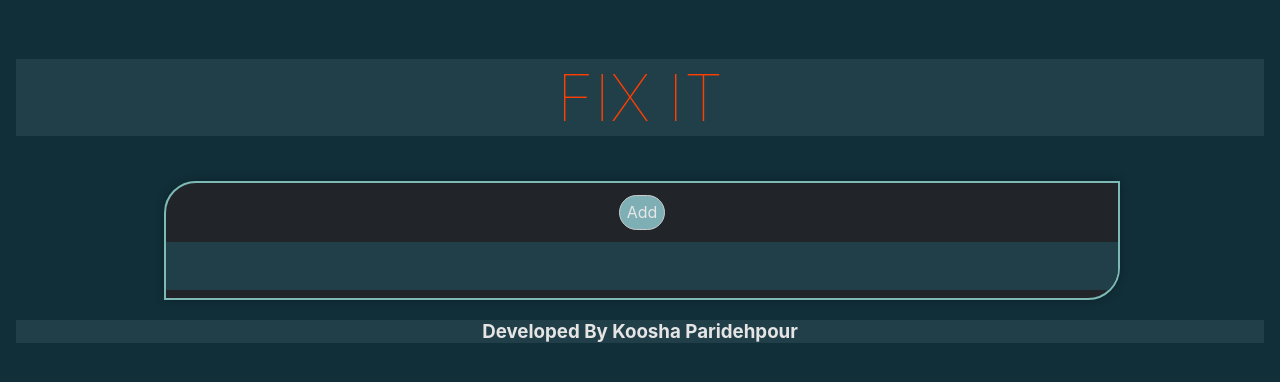
Repository: KooshaPari/fixit-go
Page: / (app in frontend/)
These files come from the project's save history. The page is drawn as it stood at one moment and after a run of saves; the edit follows.
The browser window is 1280 px wide. The pictures show the whole page.
The page's requests for data from a server got no answer. The project was rebuilt for these pictures with package versions that can differ from the ones it lists, and the page was loaded fresh each time. No one was signed in, and anything a server would have sent is missing.

Above is the page before, as saved 2024-09-24 23:32:01.

### frontend/public/index.html
<!DOCTYPE html>
<html lang="en">
	<head>
		<meta charset="utf-8" />
		<meta name="viewport" content="width=device-width,initial-scale=1" />

		<title>Svelte app</title>

		<link rel="icon" type="image/png" href="/favicon.png" />
		<link rel="stylesheet" href="/global.css" />
		<link rel="stylesheet" href="/build/bundle.css" />

		<script defer src="/build/bundle.js"></script>
	</head>

	<body></body>
</html>

### frontend/src/main.js
import App from "./App.svelte";

const app = new App({
	target: document.body,
	props: {
		name: "fixIt",
	},
});

### frontend/src/App.svelte
<script>
	import { onMount, afterUpdate } from "svelte";
	import Modal from "./Modal.svelte";
	import { prevent_default } from "svelte/internal";
	import { fly, fade } from "svelte/transition";
	let todos = [];
	let tempid = -1;
	onMount(async () => {
		try {
			const response = await fetch("http://localhost:8081/api/todos");
			if (!response.ok) {
				throw new Error(`HTTP error! status: ${response.status}`);
			}
			console.log("GRABBING TODOS");
			todos = await response.json();
		} catch (error) {
			console.error("Error fetching todos:", error);
		}
	});
	let showCreateModal = false;
	let showEditModal = false;
	async function loadEditPopup(id) {
		showEditModal = true;
		const response = await fetch(`http://localhost:8081/api/todos/${id}`, {
			method: "GET",
			headers: { "Content-Type": "application/json" },
		});
		const todo = await response.json();
		// Update the title, description, and dueDate variables
		title = todo.title;
		description = todo.description;
		dueDate = todo.dueDate;
		tempid = todo.id;
	}
	async function editTodo(title, description, dueDate) {
		const id = tempid;
		const newTodo = { id, title, description, dueDate };
		tempid = -1;
		try {
			const response = await fetch(`http://localhost:8081/api/todos/${id}`, {
				method: "PUT",
				headers: { "Content-Type": "application/json" },
				body: JSON.stringify(newTodo),
			});
			const updatedTodo = await response.json();
			todos = todos.map((todo) => (todo.id === id ? updatedTodo : todo));
		} catch (error) {
			console.error("Error editing todo:", error);
		}
	}

	async function createTodo(title, description, dueDate) {
		/**Generate ToDo Object, add to local array, then create fetch object to server to add to remote array*/

		const newTodo = { title, description, dueDate };
		try {
			const response = await fetch("http://localhost:8081/api/todos", {
				method: "POST",
				headers: { "Content-Type": "application/json" },
				body: JSON.stringify(newTodo),
			});
			const createdTodo = await response.json();
			todos = [...todos, createdTodo];
		} catch (error) {
			console.error("Error creating todo:", error);
		}
		showCreateModal = false;
	}
	async function deleteTodo(id) {
		console.log("DELETING: " + id);
		if (id !== undefined) {
			todos = todos.filter((todo) => todo.id !== id);
			const response = await fetch(`http://localhost:8081/api/todos/${id}`, {
				method: "DELETE",
				headers: { "Content-Type": "application/json" },
			});
		} else {
			console.error("Cannot delete todo item: id is undefined");
		}
	}
	let title;
	let description;
	let dueDate;
</script>

<main>
	<!---->

	<div id="header">
		<div id="logoCont">
			<h1>Fix It</h1>
		</div>
	</div>
	<div id="body">
		<div
			id="fixItApp"
			style="overflow-y:auto; overflow-x: hidden; padding: 0.5em;"
		>
			<Modal bind:showModal={showEditModal}>
				<h2>Edit Todo Item</h2>
				<form>
					<input
						type="text"
						id="todo-title"
						bind:value={title}
						placeholder="Todo title"
					/>
					<input
						type="text"
						id="todo-description"
						bind:value={description}
						placeholder="Todo description"
					/>
					<input
						type="text"
						id="todo-dueDate"
						bind:value={dueDate}
						placeholder="Todo dueDate"
					/>
					<button
						on:click={(event) => {
							editTodo(title, description, dueDate);
						}}>Edit</button
					>
				</form>
			</Modal>
			<Modal bind:showModal={showCreateModal}>
				<h2>Create Todo Item</h2>
				<form>
					<input
						type="text"
						id="todo-title"
						bind:value={title}
						placeholder="Todo title"
					/>
					<input
						type="text"
						id="todo-description"
						bind:value={description}
						placeholder="Todo description"
					/>
					<input
						type="text"
						id="todo-dueDate"
						bind:value={dueDate}
						placeholder="Todo dueDate"
					/>
					<button on:click={() => createTodo(title, description, dueDate)}
						>Create</button
					>
				</form>
			</Modal>
			<div style="padding:0.25em; position: sticky; top: 0;">
				<button
					on:click={() => {
						showCreateModal = true;
					}}
					class="addBtn">Add</button
				>
			</div>
			<div
				id="todoList"
				style="background-color:#213f49; width: 100%; height: 100%; padding: 1em;"
			>
				<ul id="todos">
					{#each todos as todo, index}
						<li
							class="todoLstItm"
							in:fly={{ y: 200, duration: 2000, delay: index * 100 }}
							out:fade={{ duration: 2000 }}
						>
							<div class="todoLstItmContLeft">
								<button
									on:click={() => deleteTodo(todo.id)}
									class="completeBtn todoBtn">&#10003;</button
								>
							</div>
							<div class="todoLstItmConRight">
								<h3 style="padding-inline: 1em; font-size: 0.75em; width: 40%;">
									{todo.title}
								</h3>
								<div style="display:flex; flex-direction:column; width: 40% ">
									<p class="todotxt">{todo.description}</p>
									<!-- due Date below-->
									<p class="todotxt">{todo.dueDate}</p>
								</div>
								<div class="todoLstItmConRightBtns">
									<button
										on:click={() => loadEditPopup(todo.id)}
										class="deleteBtn todoBtn">&#9998;</button
									>
									<button
										on:click={() => deleteTodo(todo.id)}
										class="editBtn todoBtn">&#10006;</button
									>
								</div>
							</div>
						</li>
					{/each}
				</ul>
			</div>
		</div>
	</div>
	<div id="footer">
		<h3>Developed By Koosha Paridehpour</h3>
	</div>
</main>

<style>
	main {
		text-align: center;
		padding: 1em;
		max-width: 240px;
		margin: 0 auto;
	}

	h1 {
		color: #ff3e00;
		text-transform: uppercase;
		font-size: 4em;
		font-weight: 100;
	}
	#fixItApp {
		border: 2px solid #7ebab5;
		padding: 1em;
		border-radius: 1em;
		display: flex;
		flex-direction: column;
		align-items: center;
		justify-content: flex-start;
		border-radius: 2em 0 2em 0;
		width: 75%;
		max-height: 65vh;
		box-shadow: 0 0 10px rgba(0, 0, 0, 0.3);
		background-color: #212529;
	}
	#fixItApp button:hover {
		background-color: #0e4a45;
	}
	#fixItApp button:active {
		background-color: #0a4440;
	}
	@media (min-width: 640px) {
		main {
			max-width: none;
		}
	}
	.todoLstItmContLeft {
		background-color: #314d59;
		width: 25%;
		border-radius: 0.625em 0 0 0.625em;
		display: flex;
		align-items: center;
		justify-content: center;
	}
	.todoLstItmConRight {
		width: 75%;
		justify-content: center;
		align-items: center;
		overflow: hidden;
	}
	.todoLstItmConRight * {
		display: flex;
		justify-content: flex-start;
		align-items: flex-start;
	}
	.todoLstItmConRightBtns {
		display: flex;
		flex-direction: column;
		width: 20%;
		padding: 0.5em;
	}
	.todoLstItm {
		background-color: #415d69;
		margin: 0;
		border-radius: 0.625em;
		box-shadow: 0 0 10px rgba(0, 0, 0, 0.3);
		display: flex;
		flex-direction: row;
	}
	.todotxt {
		font-size: 0.25em;
		text-align: left;
	}
	.todoLstItmContLeft,
	.todoLstItmConRight {
		display: flex;
		padding: 0.25em;
	}
	ul {
		list-style-type: none;
	}
	#body {
		align-items: flex-start;
		justify-content: center;
		display: flex;
		width: 100%;
		padding: 0.125em;
	}
	#header,
	#footer {
		background-color: #213f49;
		width: 100%;
		margin: 0;
	}

	.todoBtn {
		background-color: #314d59;
		border-radius: 0.5em;
		color: #f6f5f5;
		width: 100%;
		height: 25%;
		padding: 0.25em;
		display: flex;
		align-items: center;
		justify-content: center;
	}
	.completeBtn {
		width: 2.5em;
		height: 2.5em;
		padding: 0.25em;
		border-radius: 2.5em;
		background-color: #7eafb5;
		font-size: 100%;
	}
	#popupCont {
		background-color: #213f49;
		width: 100%;
		height: 100%;
		display: none;
		flex-direction: column;
		align-items: center;
		justify-content: center;
	}
	.popup.open {
		display: block !important;
	}
	#todos {
		padding-inline-start: 0 !important;
	}
	#todos > li {
		margin: 0.5em;
	}
	.addBtn {
		border-radius: 2em;
		background-color: #7eafb5;
		color: #e6e6e6;
	}
</style>

### frontend/src/Modal.svelte
<script>
	export let showModal; // boolean

	let dialog; // HTMLDialogElement

	$: if (dialog && showModal) dialog.showModal();
</script>

<!-- svelte-ignore a11y-click-events-have-key-events a11y-no-noninteractive-element-interactions -->
<dialog
	bind:this={dialog}
	on:close={() => (showModal = false)}
	on:click|self={() => dialog.close()}
>
	<!-- svelte-ignore a11y-no-static-element-interactions -->
	<div on:click|stopPropagation>
		<slot name="header" />
		<hr />
		<slot />
		<hr />
		<!-- svelte-ignore a11y-autofocus -->
		<button autofocus on:click={() => dialog.close()}>close</button>
	</div>
</dialog>

<style>
	dialog {
		max-width: 32em;
		border-radius: 1em;
		border: none;
		padding: 1em;
		background-color: #213f49;
		color: #e6e6e6;
	}
	dialog::backdrop {
		background: rgba(0, 0, 0, 0.3);
	}
	dialog > div {
		padding: 1em;
	}
	dialog[open] {
		animation: zoom 0.3s cubic-bezier(0.34, 1.56, 0.64, 1);
	}
	dialog button {
		border-radius: 2em;
		background-color: #7ebab5;
	}
	@keyframes zoom {
		from {
			transform: scale(0.95);
		}
		to {
			transform: scale(1);
		}
	}
	dialog[open]::backdrop {
		animation: fade 0.2s ease-out;
	}
	@keyframes fade {
		from {
			opacity: 0;
		}
		to {
			opacity: 1;
		}
	}
	button {
		display: block;
	}
</style>

### frontend/public/global.css
html,
body {
	position: relative;
	width: 100%;
	height: 100%;
}

body {
	color: #e6e5e5;
	background-color: #112f39;
	margin: 0;
	padding: 0px;
	box-sizing: border-box;
	font-family: -apple-system, BlinkMacSystemFont, "Segoe UI", Roboto,
		Oxygen-Sans, Ubuntu, Cantarell, "Helvetica Neue", sans-serif;
}

a {
	color: rgb(0, 100, 200);
	text-decoration: none;
}

a:hover {
	text-decoration: underline;
}

a:visited {
	color: rgb(0, 80, 160);
}

label {
	display: block;
}

input,
button,
select,
textarea {
	font-family: inherit;
	font-size: inherit;
	-webkit-padding: 0.4em 0;
	padding: 0.4em;
	margin: 0 0 0.5em 0;
	box-sizing: border-box;
	border: 1px solid #ccc;
	border-radius: 2px;
}

input:disabled {
	color: #ccc;
}

button {
	color: #333;
	background-color: #f4f4f4;
	outline: none;
}

button:disabled {
	color: #999;
}

button:not(:disabled):active {
	background-color: #ddd;
}

button:focus {
	border-color: #666;
}

After the next 2 saves:
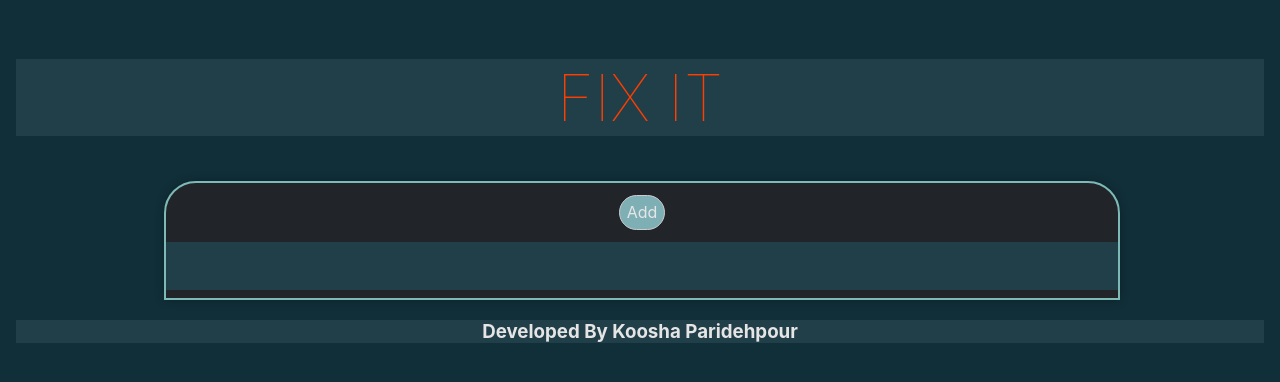
The 2 saves are shown as one change because they came seconds apart.
The last was saved 14 s later.
--- a/frontend/src/App.svelte
+++ b/frontend/src/App.svelte
@@ -228,7 +228,7 @@
 		flex-direction: column;
 		align-items: center;
 		justify-content: flex-start;
-		border-radius: 2em 0 2em 0;
+		border-radius: 2em 2em 0 0;
 		width: 75%;
 		max-height: 65vh;
 		box-shadow: 0 0 10px rgba(0, 0, 0, 0.3);
